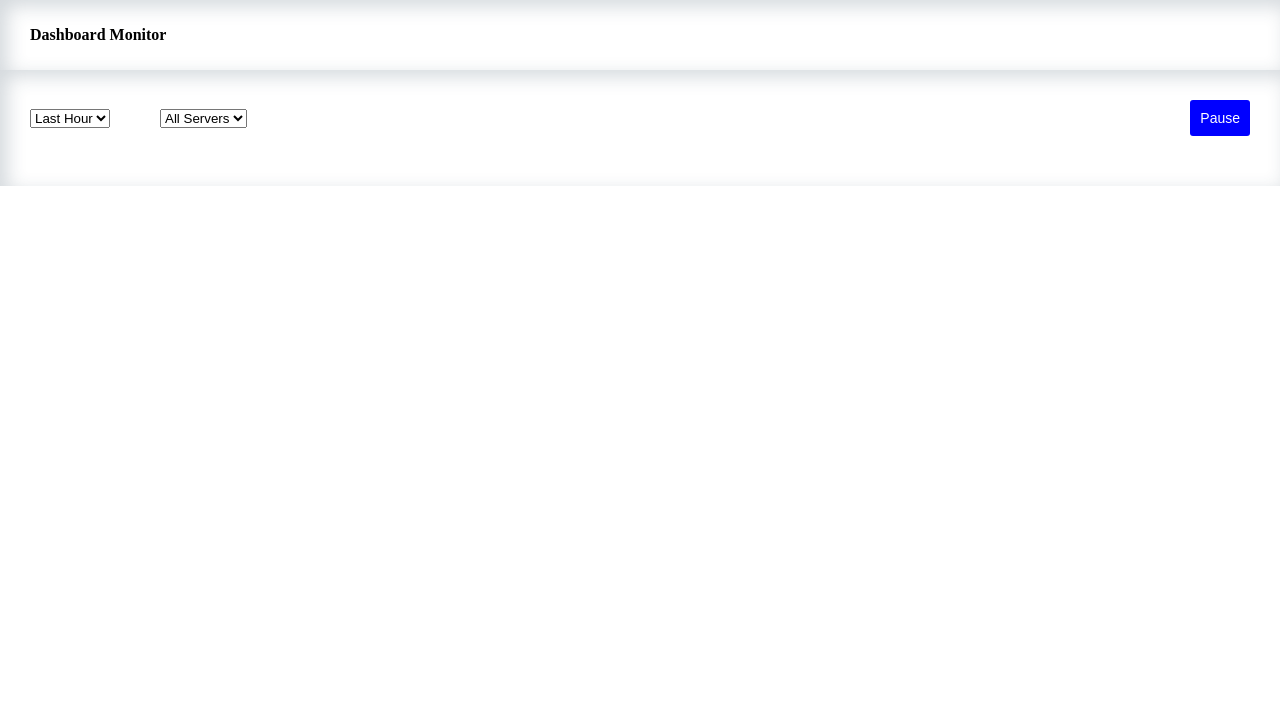
Repository: egorgloom/dashboard
Page: /
The author's editor kept a copy of each file at every save. The page is drawn from the files as they stood at one save, then again after a run of saves.
The browser window is 1280 px wide. The pictures show the whole page.
The page's requests for data from a server got no answer. The project was rebuilt for these pictures with package versions that can differ from the ones it lists, and the page was loaded fresh each time. No one was signed in, and anything a server would have sent is missing. Also part of the build but not shown: webpack.config.js, src/components/ItemCard/ItemCard.tsx, src/components/SingleServerMetrics/SingleServerMetrics.tsx.

Above is the page before, as saved 2025-04-16 17:20:55.

After the next 2 saves:
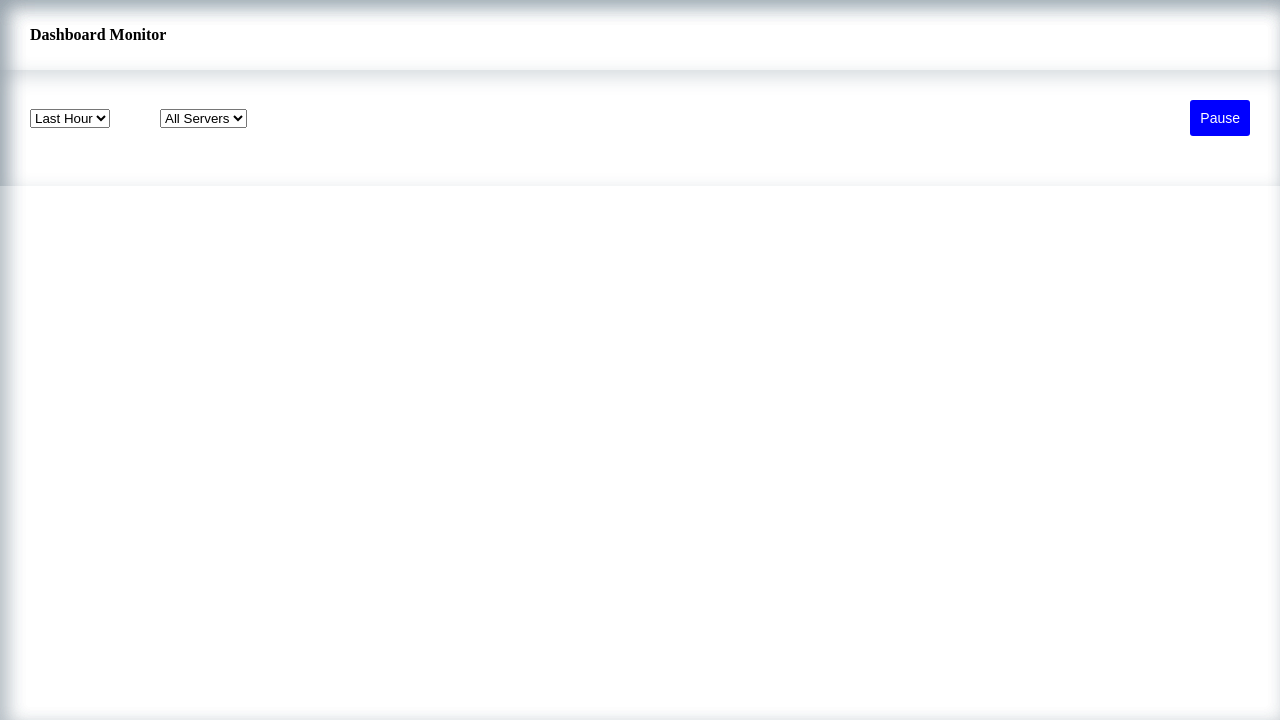
The 2 saves are shown as one change because 1 did not build or start.
The last was saved 108 s later.
--- a/src/app.scss
+++ b/src/app.scss
@@ -1,5 +1,8 @@
 html, body {
     width: 100%; height: 100%; margin: 0; padding: 0;
+    -webkit-box-shadow: 7px 6px 19px 0px rgba(34, 60, 80, 0.2) inset;
+    -moz-box-shadow: 7px 6px 19px 0px rgba(34, 60, 80, 0.2) inset;
+    box-shadow: 7px 6px 19px 0px rgba(34, 60, 80, 0.2) inset;
 
   }
 

After the save that followed:
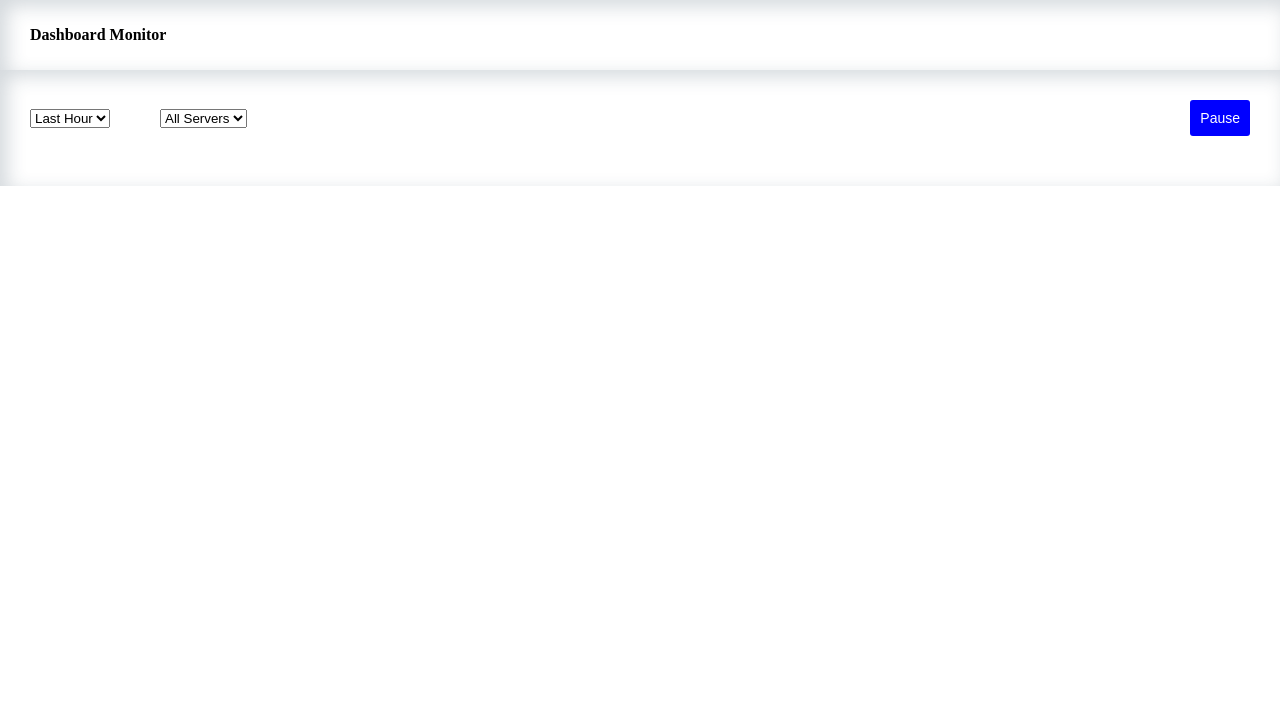
Saved 78 s later.
--- a/src/app.scss
+++ b/src/app.scss
@@ -1,8 +1,8 @@
 html, body {
     width: 100%; height: 100%; margin: 0; padding: 0;
-    -webkit-box-shadow: 7px 6px 19px 0px rgba(34, 60, 80, 0.2) inset;
-    -moz-box-shadow: 7px 6px 19px 0px rgba(34, 60, 80, 0.2) inset;
-    box-shadow: 7px 6px 19px 0px rgba(34, 60, 80, 0.2) inset;
+    // -webkit-box-shadow: 7px 6px 19px 0px rgba(34, 60, 80, 0.2) inset;
+    // -moz-box-shadow: 7px 6px 19px 0px rgba(34, 60, 80, 0.2) inset;
+    // box-shadow: 7px 6px 19px 0px rgba(34, 60, 80, 0.2) inset;
 
   }
 
